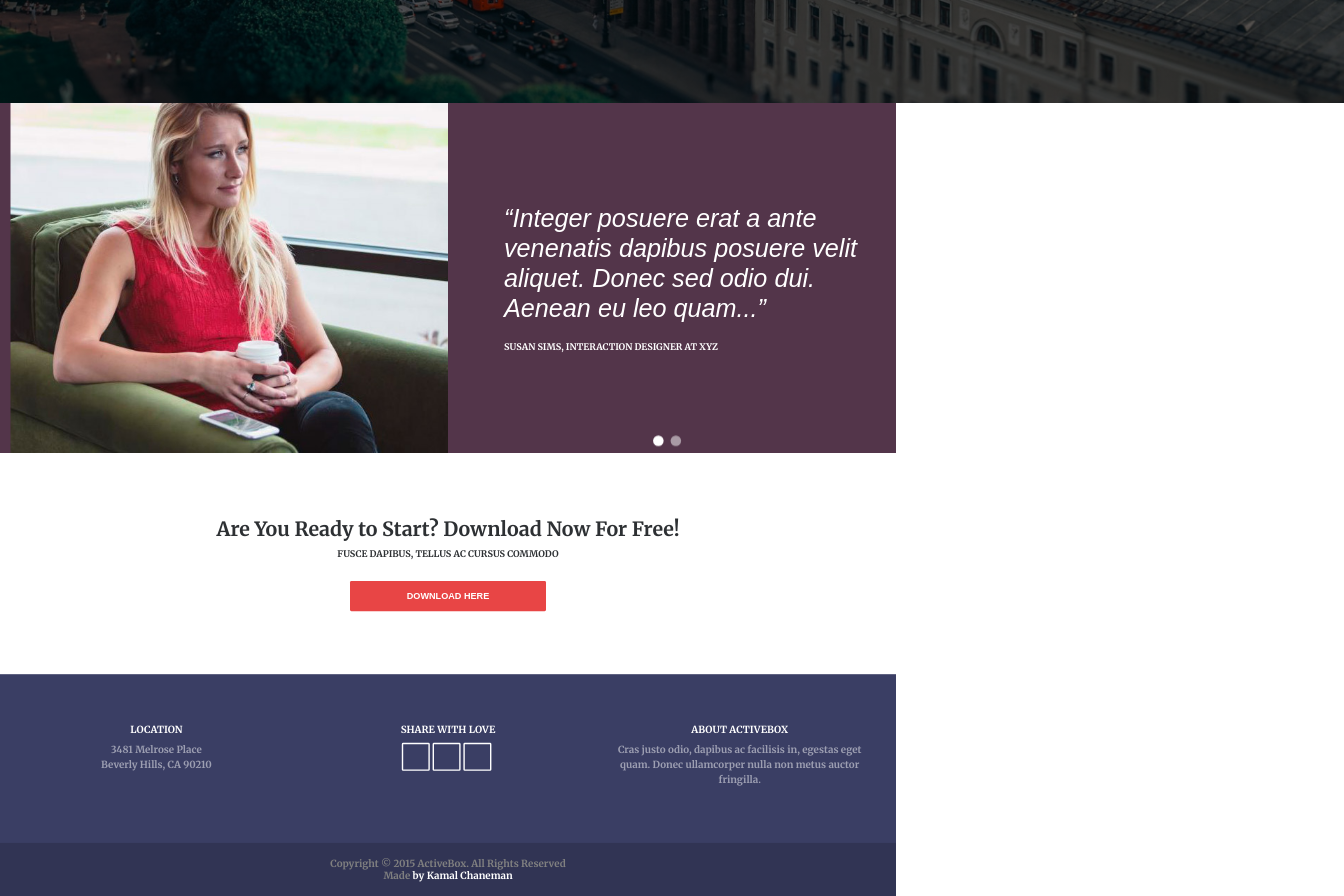
Repository: ZetsubouBilly/test
Page: index.html
The author's editor kept a copy of each file at every save. The page is drawn from the files as they stood at one save, then again after the next save.
The browser window is 1280 px wide. The page is 1920 px wide, so the pictures cover 1920 px, including what lies to the right of the window. The pictures show the part of the page from y = 523 to 1803 px (the page is 1803 px tall before and 1487 px after), at 70% of full size.

Above is the page before, as saved 2023-05-13 13:30:41.

### index.html
<!DOCTYPE html>
<html lang="ru">
<head>
    <meta charset="UTF-8">
    <meta name="viewport" content="width=device-width, initial-scale=1.0, minimum-scale=1.0, maximum-scale=1.0">  <link rel="preconnect" href="https://fonts.gstatic.com">
    <link rel="preconnect" href="https://fonts.googleapis.com">
    <link rel="preconnect" href="https://fonts.gstatic.com" crossorigin>
    <link href="https://fonts.googleapis.com/css2?family=Lato:wght@300;400;700&family=Merriweather:wght@700;900&display=swap" rel="stylesheet">
    <link rel="stylesheet" type="text/css" href="https://cdn.jsdelivr.net/npm/slick-carousel@1.8.1/slick/slick.css"/>
    <link rel="stylesheet" href="css/style.css">

   <meta name="description" content="Описание страницы">
   <meta name="google" content="notranslate" />
   <meta name="keywords" content="создаие сайтов, верстка сайтов" />

    <title>BuhOne</title>

    <script src="https://cdnjs.cloudflare.com/ajax/libs/jquery/3.5.1/jquery.min.js"></script>

</head>
<body>



<!-- Header -->

 <header class="header" id="header">

            <div class="header__inner">
                <div class="header__inner_l">
                    <div class="header__logo">
                        <img src="img/logo.png" alt="">
                        <p class="header__logo_name">BuhOne</p>
                    </div>
                </div>
                <div class="header__inner_r">
                    <div class="top-line">
                        <div class="top-line_info">
                            <img class="top-line_info_img" src="img/placeholder.png" alt="">
                            <p class="top-line_info_text">8 (111) 222-33-44</p>

                        </div>
                        <div class="top-line_info">
                            <img class="top-line_info_img" src="img/time.png" alt="">
                            <p class="top-line_info_text">Пн-Пт 10:00-18:00</p>

                        </div>
                        <div class="top-line_info">
                            <img class="top-line_info_img" src="img/Frame.png" alt="">
                            <p class="top-line_info_text">order@buhone.ru</p>

                        </div>
                        <div class="top-line_info">
                            <img class="top-line_info_img" src="img/placeholder.png" alt="">
                            <p class="top-line_info_text">Невский пр. 130</p>

                        </div>

                    </div>
                    <nav class="nav" id="nav">
                        <a class="nav__link" href="#" data-scroll="#features">Главная</a>
                        <a class="nav__link" href="#" data-scroll="#works">Услуги</a>
                        <a class="nav__link" href="#" data-scroll="#team">Кейсы</a>
                        <a class="nav__link" href="#" data-scroll="#reviews">О компании</a>
                        <a class="nav__link" href="#" data-scroll="#download">Контакты</a>
                    </nav>
                </div>




                <button class="burger" type="button" id="navToggle">
                    <span class="burger__item">Menu</span>
                </button>

            </div>

 </header>


 <!-- Intro -->

<div class="intro" id="intro">
    <div class="container">
        <div class="intro__inner">
             <h1 class="intro__title">Бухгалтерские услуги в Санкт-Петербурге</h1>
             <h2 class="intro__subtitle">Lorem ipsum dolor sit amet consectetur adipisicing elit.
                 Deleniti porro sed id unde facere iusto quis repellendus mollitia, adipisci ipsam
                 perferendis reprehenderit quia ad.</h2>
                 <a class="btn  btn--red" href="">Find Out More</a>
        </div>
    </div>
</div>










<!-- Testimonials -->

<div class="reviews" id="reviews">
    <div class="container">

        <div class="reviews__slider" id="reviewsSlider">
            <div class="slick-item">
             <div class="reviews__item">
                 <div class="reviews__photo">
                     <img class="reviews__img" src="img/reviews/review-1.jpg" alt="">
                 </div>
                 <div class="reviews__content">
                        <div class="reviews__text">“Integer posuere erat a ante venenatis dapibus posuere velit aliquet. Donec sed odio dui. Aenean eu leo quam...”</div>
                       <div class="reviews__author">Susan Sims, Interaction Designer at XYZ</div>
                 </div>
                </div>
            </div>

                <div class="slick-item">
                <div class="reviews__item">
                    <div class="reviews__photo">
                        <img class="reviews__img" src="img/reviews/review-1.jpg" alt="">
                    </div>
                    <div class="reviews__content">
                           <div class="reviews__text">"Lorem ipsum dolor sit amet consectetur, adipisicing elit. Maiores, tempore velit, debitis quasi doloribus vero natus sint ratione temporibus fugiat voluptatum nesciunt modi. Adipisci aliquid voluptatem magni laborum, facilis nisi".</div>
                          <div class="reviews__author">Susan Sims, Interaction Designer at XYZ</div>
                    </div>
                   </div>
                </div>
            </div>
        </div>

    </div>
</div> <!-- /reviews -->




<!-- Download -->

<div class="download" id="download">
    <div class="container">
        <h3 class="download__title">Are You Ready to Start? Download Now For Free!</h3>
        <div class="download__text"><p>Fusce dapibus, tellus ac cursus commodo</p>
        </div>
        <a class="btn  btn--red  btn--long" href="">Download Here</a>
    </div>
</div>


<!-- Footer -->


<footer class="footer">
    <div class="container">

        <div class="footer__inner">
            <div class="footer__block">
                <h4 class="footer__title">Location</h4>
                <address class="footer__adress"><div>3481 Melrose Place</div>
                    <div>Beverly Hills, CA 90210</div>
                </address>
            </div>

            <div class="footer__block">
                <h4 class="footer__title">Share with Love</h4>
                <div class="social  social--footer">
                    <a class="social__item" href="" target="_blank">
                        <svg class="social__icon">
                            <use xlink:href="#facebook"></use>
                        </svg>
                    </a>

                    <a class="social__item" href="" target="_blank">
                        <svg class="social__icon">
                            <use xlink:href="#twitter"></use>
                        </svg>
                    </a>

                    <a class="social__item" href="" target="_blank">
                        <svg class="social__icon">
                            <use xlink:href="#linkedin"></use>
                        </svg>
                    </a>


                </div>
            </div> <!-- /footer__block__social -->

            <div class="footer__block">
                <h4 class="footer__title">About ActiveBox</h4>
                <div class="footer__text"><p>Cras justo odio, dapibus ac facilisis in, egestas eget quam. Donec ullamcorper nulla non metus auctor fringilla.</p></div>
            </div>

        </div> <!-- /footer__inner -->

    </div> <!-- /container -->

    <div class="copyright">
        <div class="container">
          <div class="copyright__text"><div>Copyright © 2015 ActiveBox. All Rights Reserved</div>
           <div>Made  <span>by Kamal Chaneman</span></div>
        </div>
    </div>
</div>
</footer>


<!-- Javascript -->
<script  src="https://cdn.jsdelivr.net/npm/slick-carousel@1.8.1/slick/slick.min.js"></script>
<script src="js/app.js"></script>


</body>
</html>

### css/style.css
body {
  margin: 0;

  font-family: "Merriweather", sans-serif;
  font-size: 14px;
  color: #6c7279;
  -webkit-font-smoothing: antialiased;

  background-color: #fff;
}

*,
*:before,
*:after {
  box-sizing: border-box; /* алгоритм подсчета размеров с учетом padding и границ. */
}

h1,
h2,
h3,
h4,
h5,
h6 {
  margin: 0;
}

p {
  margin: 0 0 10px;
}

/* Container
==================== */

.container {
  width: 100%;
  max-width: 1920px;
  margin: 0 auto;
  padding: 0 15px;
}

/* Header
==================== */

.header {
  position: absolute;
  width: 100%;
  height: 73px;
  height: 110px;
  /* left: 50%; */
  /* top: 6.52px; */
  /* margin-left: -560px; */
  background-color: #fff;
}

.header.fixed {
  height: auto;

  position: fixed; /* фиксируем шапку при скроле*/

  background-color: #fff;
}

.header.fixed .header__inner {
  padding-top: 15px;
  padding-bottom: 15px;

  border-bottom: 0;
}

.header__inner {
  display: flex;
  justify-content: space-around;
  align-items: center;
  max-width: 1116px;
  /* padding: 35px 0; */

  /* border-bottom: 1px solid #4d5066; */
  margin: 0 auto;
}
.header__inner_l{
    margin-right: 185px;
}
.header__inner_r{
    display: flex;
    flex-direction: column;
  width: 671px;

}

.header__logo {
  display: flex;
  align-items: flex-start;
  justify-content: space-between;
  max-width: 260px;
  padding-top: 33px;
}
.header__logo_name {
  font-size: 36px;
  margin-left: 30px;
  color: #005fa3;
}

/* Top-line
==================== */

.top-line {
  display: flex;
  padding:23px 0px 0px 40px;
  justify-content: center;
  margin-bottom: 22px;
  width: 671px;
}
.top-line_info {
  display: flex;
  margin-right: 40px;
}
.top-line_info_img {
  margin-right: 15px;
  max-width: 23px;
  height: 17px;
}
.top-line_info_text {
  font-family: "Lato";
  font-style: normal;
  font-weight: 400;
  font-size: 13px;
  line-height: 17px;
  width: 110px;


  color: #000000;
}

/* Nav
==================== */

.nav {
  display: flex;
  font-size: 13px;
  font-weight: 700;
  text-transform: uppercase;
  width: 671px;
  justify-content: space-between;
  margin-bottom: 31px;
}

.nav__link {
  font-family: "Lato", sans-serif;
  font-style: normal;
  font-weight: 700;
  font-size: 14px;
  line-height: 17px;


  letter-spacing: 0.1em;
  text-transform: uppercase;



  color: #222222;
  text-decoration: none;
}
.nav__link:first-child {
  margin-left: 0;
}

.nav__link:hover {
  opacity: 1;
}

/* Intro
==================== */

.intro {
    /* position: absolute; */
    width: 1920px;
    height: 670px;
    /* left: 0px;
    top: 110px; */


  /* background-size: cover; */
  background: linear-gradient(0deg, rgba(0, 0, 0, 0.6), rgba(0, 0, 0, 0.6)),   url("../img/Rectangle.png")  no-repeat;

}

.intro__inner {
  width: 100%;
  max-width: 1920px;
  margin: 0 auto;
  text-align: center;
}

.intro__title {
    position: absolute;
    width: 589px;
    height: 117px;
    left: 405px;
    top: 280px;

    /* h1 */

    font-family: 'Merriweather';
    font-style: normal;
    font-weight: 700;
    font-size: 48px;
    line-height: 66px;

    color: #FFFFFF;
}

.intro__subtitle {
  margin-bottom: 60px;
  font-size: 22px;
  color: #fff;
  line-height: 1.5;
  font-weight: 400;
}

/* Button
==================== */

.btn {
  display: inline-block;
  vertical-align: top;
  padding: 14px 40px;

  border-radius: 2px;
  border: 0;
  cursor: pointer;

  font-family: "Raleway", sans-serif;
  font-size: 13px;
  color: #fff;
  font-weight: 600;
  text-transform: uppercase;
  text-decoration: none;
  text-align: center;

  transition: background 0.1s linear;
}

.btn--red {
  background-color: #e84545;
}

.btn--red:hover {
  background-color: #dd3434;
}

.btn--long {
  min-width: 280px;
}

/* Features
==================== */

.features {
  display: flex;
  flex-wrap: wrap;
  margin: 95px 0;
}

.features__item {
  width: 33.33333%;
  padding: 0 40px;
  text-align: center;
  margin: 25px 0;
}

.features__icon {
  margin-bottom: 25px;
}

.features__title {
  margin-bottom: 20px;
  font-size: 14px;

  color: #2d3033;
  font-weight: 700;
  text-transform: uppercase;
}

.features__text {
  font-size: 14px;
  line-height: 1.5;
  color: #6c7279;
}

/* Works
===================*/

.works {
  display: flex;
  flex-wrap: wrap;
}

.works__item {
  width: 25%;
  height: 350px;
  border-bottom: 1px solid #fff;
  border-right: 1px solid #fff;

  position: relative;
  overflow: hidden;
}
.works__item:hover .works__content {
  opacity: 1;
}

.works__photo {
  min-width: 100%;
  position: absolute;
  top: 50%;
  left: 50%;
  z-index: 1;

  transform: translate3d(-50%, -50%, 0);
}

.works__content {
  display: flex;
  flex-direction: column;
  justify-content: center;
  width: 100%;
  height: 100%;
  opacity: 0;

  text-align: center;

  background-color: rgba(232, 69, 69, 0.9);

  position: absolute;
  top: 0;
  left: 0;
  z-index: 2;
  transition: opacity 0.2s linear;
}

.works__title {
  margin-bottom: 5px;

  font-size: 14px;
  font-weight: 700;
  color: #fff;
  text-transform: uppercase;
}

.works__text {
  font-size: 14px;
  color: #fff;
}

/* Team
==================*/

.team {
  margin: 100px 0;
}

.team__inner {
  display: flex;
  flex-wrap: wrap;
  margin: 0 -15px;
}

.team__item {
  width: 25%;
  padding: 0 15px;
  margin-bottom: 30px;
}

.team__photo {
  display: block;
  min-width: 100%;
  height: auto;
  margin-bottom: 20px;
}

.team__name {
  margin-bottom: 8px;

  font-size: 25px;
  color: #2d3033;
}

.team__prof {
  margin-bottom: 15px;

  font-size: 13px;
  color: #e84545;
  text-transform: uppercase;
}

.team__text {
  margin-bottom: 20px;

  font-size: 14px;
  line-height: 1.5;
  color: #6c7279;
}

/* Social
==================*/

.social {
  display: flex;
}

.social--footer {
  justify-content: center;
}

.social__item {
  display: flex;
  justify-content: center;
  align-items: center;
  width: 40px;
  height: 40px;
  margin-right: 4px;

  background-color: #fff;
  border: 1px solid #e8ecee;

  transition: background 0.1s linear;
}
.social__item:hover {
  background-color: #e8ecee;
}

.social__item:hover .social__icon {
  fill: #000;
}

.social--footer .social__item {
  background-color: transparent;
  border-width: 2px;
  border-color: #fff;
  border-radius: 2px;
}

.social--footer .social__item:hover {
  background-color: #fff;
}

.social__icon {
  display: block;
  height: 18px;
  fill: #c6cacc;

  transition: fill 0.1s linear;
}

.social--footer .social__icon {
  fill: #fff;
}

/* reviews
==================*/

.reviews {
  overflow: hidden;
  background-color: #53354a;
}

.reviews__slider {
  height: 500px;
  overflow: hidden;
}

.reviews__slider.slick-initialized {
  height: auto;
}

.reviews__item {
  display: flex;
  flex-wrap: wrap;
  overflow: hidden;
}

.reviews__photo {
  width: 50%;
  height: 500px;
  position: relative;
}

.reviews__img {
  position: absolute;
  top: 50%;
  right: 0;
  z-index: 1;

  transform: translateY(-50%);
}

.reviews__content {
  display: flex;
  flex-direction: column;
  justify-content: center;
  width: 50%;
  padding-left: 80px;
}

.reviews__text {
  margin-bottom: 25px;

  font-family: "Cardo", sans-serif;
  font-style: italic;
  font-size: 36px;
  line-height: 1.2;
  color: #fff;
}

.reviews__author {
  font-size: 13px;
  font-weight: 700;
  text-transform: uppercase;
  color: #fff;
}

.slick-dots {
  display: flex;
  justify-content: center;
  margin: 0;
  padding: 0 0 10px;
  list-style: none;
  width: 50%;

  position: absolute;
  bottom: 0;
  right: 0;
  z-index: 2;
}
.slick-dots li {
  margin: 0 5px;
}

.slick-dots button {
  width: 15px;
  height: 15px;
  padding: 0;

  background: #fff;
  border-radius: 50%;
  border: 0;
  opacity: 0.5;
  cursor: pointer;

  font-size: 0;
  color: transparent;
}

.slick-dots button:focus {
  outline: 0;
}

.slick-dots .slick-active button {
  opacity: 1;
}

/* Download
==================*/

.download {
  margin: 90px 0;

  text-align: center;
}

.download__title {
  margin-bottom: 10px;

  font-size: 28px;
  color: #2d3033;
  font-weight: 300;
}

.download__text {
  margin-bottom: 30px;

  font-size: 13px;
  color: #2d3033;
  font-weight: 700;

  text-transform: uppercase;
}

/* Features
==================== */

.footer {
  background-color: #3a3e64;
}

.footer__inner {
  padding: 70px 0;

  display: flex;
  flex-wrap: wrap;
}

.footer__block {
  width: 33.33333%;
  padding: 0 15px;

  text-align: center;
}

.footer__title {
  margin-bottom: 10px;

  font-size: 14px;
  font-weight: 700;
  color: #fff;
  text-transform: uppercase;
}

.footer__adress {
  font-size: 14px;
  line-height: 1.5;
  font-style: normal;
  color: rgba(255, 255, 255, 0.5);
}

.footer__text {
  font-size: 14px;
  line-height: 1.5;
  color: rgba(255, 255, 255, 0.5);
}

/* copyright
==================== */
.copyright {
  padding: 20px 0;
  background-color: #313454;
}

.copyright__text {
  text-align: center;
  font-size: 14px;
  color: #808080;
}

.copyright__text span {
  color: #fff;
}

/* Burger
==================== */
.burger {
  display: none;
  padding: 9px 2px;

  background: none;
  border: 0;
  cursor: pointer;
}

.burger__item {
  display: block;
  width: 30px;
  height: 3px;

  background-color: #fff;

  font-size: 0;
  color: transparent;

  position: relative;
}

.burger__item:before,
.burger__item:after {
  content: "";
  width: 100%;
  height: 100%;

  background-color: #fff;

  position: absolute;
  left: 0;
  z-index: 1;
}

.burger__item:before {
  top: -8px;
}

.burger__item:after {
  bottom: -8px;
}

/* Media
==================== */
@media (max-width: 1300px) {
  /* Works */
  .works__item {
    width: 50%;
  }
}

@media (max-width: 991px) {
  /* Nav  скрываем кнопки навигации при смене размера девайса*/
  .nav {
    display: none;
    flex-direction: column;
    background-color: #31344e;

    width: 100%;
    text-align: right;

    position: absolute;
    top: 100%;
    right: 0;
  }

  .nav.show {
    display: flex;
  }

  .nav__link {
    padding: 9px 15px;
  }

  /* Burger */
  .burger {
    display: block;
  }

  /* intro  меняем размер title под размер девайса*/
  .intro__title {
    font-size: 40px;
  }

  /* Features */
  .features__item {
    width: 50%;
  }

  /* Team */
  .team__item {
    width: 50%;

    text-align: center;
  }

  .team__photo {
    margin-left: auto;
    margin-right: auto;
  }

  /* Team */
  .social {
    justify-content: center;
  }

  /*Reviews */
  .reviews__photo {
    width: 100%;
    margin: 15px 0 40px;
    overflow: hidden;
  }

  .reviews__content {
    width: 100%;
    padding-left: 0;
    padding-bottom: 40px;
  }
}

@media (max-width: 767px) {
  .intro {
    height: auto;
    padding-top: 130px;
    padding-bottom: 30px;
  }

  .intro__title {
    font-size: 30px;
  }

  .intro__subtitle {
    margin-bottom: 30px;

    font-size: 16px;
  }

  /* Features */
  .features {
    margin: 40px 0;
  }

  .features__item {
    width: 100%;
    padding-left: 0;
    padding-right: 0;
  }

  /* Works */
  .works__item {
    width: 100%;
    height: 300px;
  }

  /* Team */
  .team {
    margin: 60px 0 30px;
  }
  .team__item {
    width: 100%;
  }

  /* Reviews */
  .reviews__text {
    font-size: 25px;
  }

  /* Btn */
  .btn--long {
    min-width: 260px;
  }

  /* Download */
  .download {
    margin: 50px 0;
  }

  .download__title {
    font-size: 24px;
  }

  /* Footer */
  .footer__inner {
    padding: 30px 0;
  }
  .footer__block {
    width: 100%;
    padding-left: 0;
    padding-right: 0;
    margin-bottom: 30px;
  }
  .footer__block:last-child {
    margin-bottom: 0;
  }
}

@media (max-width: 414px) {
  /*Reviews */
  .reviews__img {
    right: -100px;
  }
}

### js/app.js
$(function() {

    /* Fixed Header */
    let header = $("#header"); //присваем переменной хедер id хедер
    let intro = $("#intro"); //присваем переменной интро id интро
    let introH= intro.innerHeight();
    let scrollPos= $(window).scrollTop(); //получаем позицию скролла элемента сверху
    let nav = $("#nav");
    let navToggle = $("#navToggle");

    checkScroll(scrollPos, introH);

    $(window).on("scroll resize", function() /*делаем проверки на скролл, перезагрузку стр и изменение размера экрана*/
    {
        introH = intro.innerHeight();//присваем переменной хедер функцию показа размера высоты intro
        scrollPos = $(this).scrollTop();

        checkScroll(scrollPos, introH);

        //console.log(scrollPos); //вывод высоты интро
    }); //отслеживание события скролла

    function checkScroll(scrollPos, introH) {

        if( scrollPos > introH ) {
            header.addClass("fixed"); //добавляем класс
        }
        else {
            header.removeClass("fixed"); //убираем класс
        }
    }


    /* Smooth Scroll */
    $("[data-scroll]").on("click", function(event) //отслеживаем события с эдементом дата-скролл при клике на элемент
    {
        event.preventDefault(); //отменяет стандартное поведение ссылки

        let elementId = $(this).data('scroll'); //хранится id элемента которого хотим скроллить
        let elementOffset = $(elementId).offset().top; //ролучаем отступ элемента от верха

        nav.removeClass("show"); // убирает бургер-меню при клике на ссылку в нем

        $("html, body").animate({
            scrollTop: elementOffset - 70 //делаем плавный переход на ссылки навигации
        }, 700);
    });





    /* Nav Toggle */


    navToggle.on("click", function(event) // отслеживание клика на бургер меню
    {
        event.preventDefault();

        nav.toggleClass("show");

    });





    /* Reviews: https://kenwheeler.github.io/slick/ */
    let slider = $("#reviewsSlider");

    slider .slick({
        infinite: true, //скролл все время, если заканчиваются элементы то повторяются заново
        slidesToShow: 1,  // cколько хотим показывать слайдов
        slidesToScroll: 1,   // сколько будем скролить слайдов
        fade: true,          //для затемнения отзывов
        arrows: false,       // убирает переключатели слайдера
        dots: true
      });



});

After the next save:
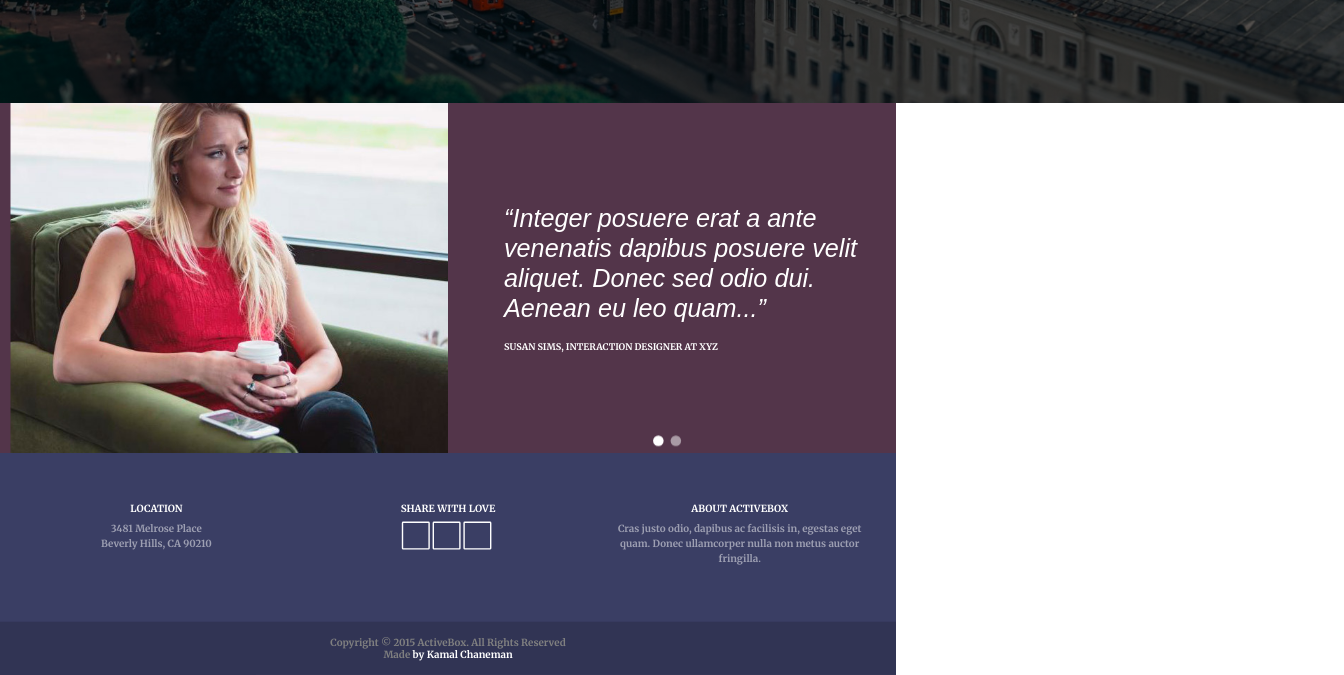
Saved 85 s later.
--- a/index.html
+++ b/index.html
@@ -139,17 +139,6 @@
 
 
 
-<!-- Download -->
-
-<div class="download" id="download">
-    <div class="container">
-        <h3 class="download__title">Are You Ready to Start? Download Now For Free!</h3>
-        <div class="download__text"><p>Fusce dapibus, tellus ac cursus commodo</p>
-        </div>
-        <a class="btn  btn--red  btn--long" href="">Download Here</a>
-    </div>
-</div>
-
 
 <!-- Footer -->
 
